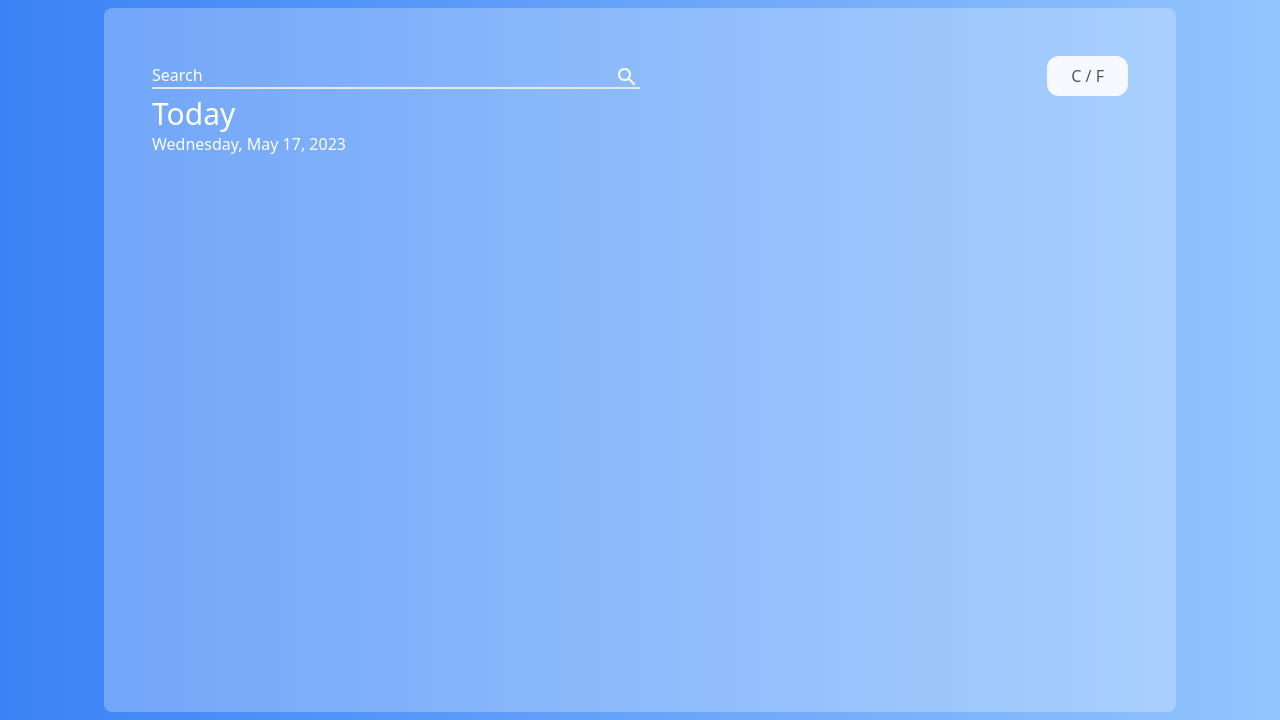
Repository: DevAntonioRogers/react-weatherapp-v2
Page: /
An editor plug-in stored every save of this project. The page is shown before and after the next save, followed by the edit.
The browser window is 1280 px wide. The pictures show the whole page.
The project was rebuilt for these pictures with package versions that can differ from the ones it lists, and the page was loaded fresh each time. The framework's server and built-in components were replaced by stand-ins that run in the browser. Also part of the build but not shown: next.config.js.

Above is the page before, as saved 2023-05-20 00:08:58.

### app/layout.tsx
import "./globals.css";
import { Inter } from "next/font/google";

export const metadata = {
  title: "Create Next App",
  description: "Generated by create next app",
};

export default function RootLayout({ children }: { children: React.ReactNode }) {
  return (
    <html lang="en">
      <body>{children}</body>
    </html>
  );
}

### app/page.tsx
"use client";

import Conversion from "./components/Conversion";
import Current from "./components/Current";
import Input from "./components/Input";

import { useState } from "react";

export default function Home() {
  const [data, setData] = useState({});
  const [location, setLocation] = useState("");
  const [error, setError] = useState("");

  const url = `http://api.weatherapi.com/v1/forecast.json?key=538023bd3c43455084733202231905&q=${location}&days=7&aqi=yes&alerts=yes
  `;

  const handleSearch = async (e) => {
    if (e.key === "Enter") {
      e.preventDefault();
      try {
        const response = await fetch(url);
        if (!response.ok) {
          throw new Error();
        }
        const data = await response.json();
        setData(data);
        setLocation("");
        setError("");
      } catch (error) {
        setError("City not found");
        setData({});
      }
    }
  };

  return (
    <div className="flex justify-center p-2 bg-cover h-screen bg-gradient-to-r from-blue-500 to-blue-300">
      <div className="bg-white/25 mx-24 w-full rounded-lg p-12 flex flex-col">
        {/* SEARCH AND DEGREE CONVERSION */}
        <div className="flex justify-between items-center">
          <Input handleSearch={handleSearch} location={location} setLocation={setLocation} />
          <Conversion />
        </div>

        {/* CURRENT WEATHER SECTION */}
        <div className="flex p">
          <Current data={data} />
        </div>
      </div>
    </div>
  );
}

### app/components/Conversion.tsx
import React from "react";

const Conversion = () => {
  return (
    <div className="">
      <button className="rounded-xl bg-white/90 px-6 py-2 text-gray-600">C / F</button>
    </div>
  );
};

export default Conversion;

### app/components/Current.tsx
import { getCurrentDate } from "../utils/currentDate";
import LocationOnIcon from "@mui/icons-material/LocationOn";

const Current = ({ data }) => {
  const weatherIcon = data.current ? data.current.condition.icon : null;
  const currentDate = getCurrentDate();
  return (
    <div className="flex flex-col items-start gap-2 ">
      <div className="flex items-center">
        <div className="">
          <h1 className="text-3xl text-white">Today</h1>
          <p className="text-white">{currentDate}</p>
        </div>
        {weatherIcon && (
          <div>
            <img className="w-[50px] object-cover" src={weatherIcon} alt="Weather Icon" />
          </div>
        )}
      </div>
      <div>
        {data.current ? (
          <p className="text-5xl text-white">
            {data.current.temp_f.toFixed()}
            <span>°</span>
          </p>
        ) : null}
        {data.current ? <span className="text-white">{data.current.condition.text}</span> : null}
      </div>
      <div>
        {data.location ? (
          <div className="flex items-center text-black bg-white/90 px-2 py-2 rounded-xl">
            <LocationOnIcon />
            <span>
              {data.location.name}, {data.location.region}
            </span>
          </div>
        ) : null}
      </div>
    </div>
  );
};

export default Current;

### app/components/Input.tsx
"use client";

import SearchIcon from "@mui/icons-material/Search";

const Input = ({ handleSearch, setLocation, location }) => {
  return (
    <form className="flex items-center w-2/4">
      <input
        type="text"
        className="w-full bg-transparent border-b-2 placeholder-white outline-none text-white"
        placeholder="Search"
        onKeyDown={handleSearch}
        onChange={(e) => setLocation(e.target.value)}
      />
      <div className="ml-[-25px] text-white cursor-pointer">
        <SearchIcon />
      </div>
    </form>
  );
};

export default Input;

### app/utils/currentDate.tsx
export const getCurrentDate = () => {
  const currentDate = new Date().toLocaleDateString("en-US", {
    weekday: "long",
    year: "numeric",
    month: "long",
    day: "numeric",
  });
  return currentDate;
};

Loaded but not shown: app/globals.css (common file); tailwind.config.js (common file)

After the next save:
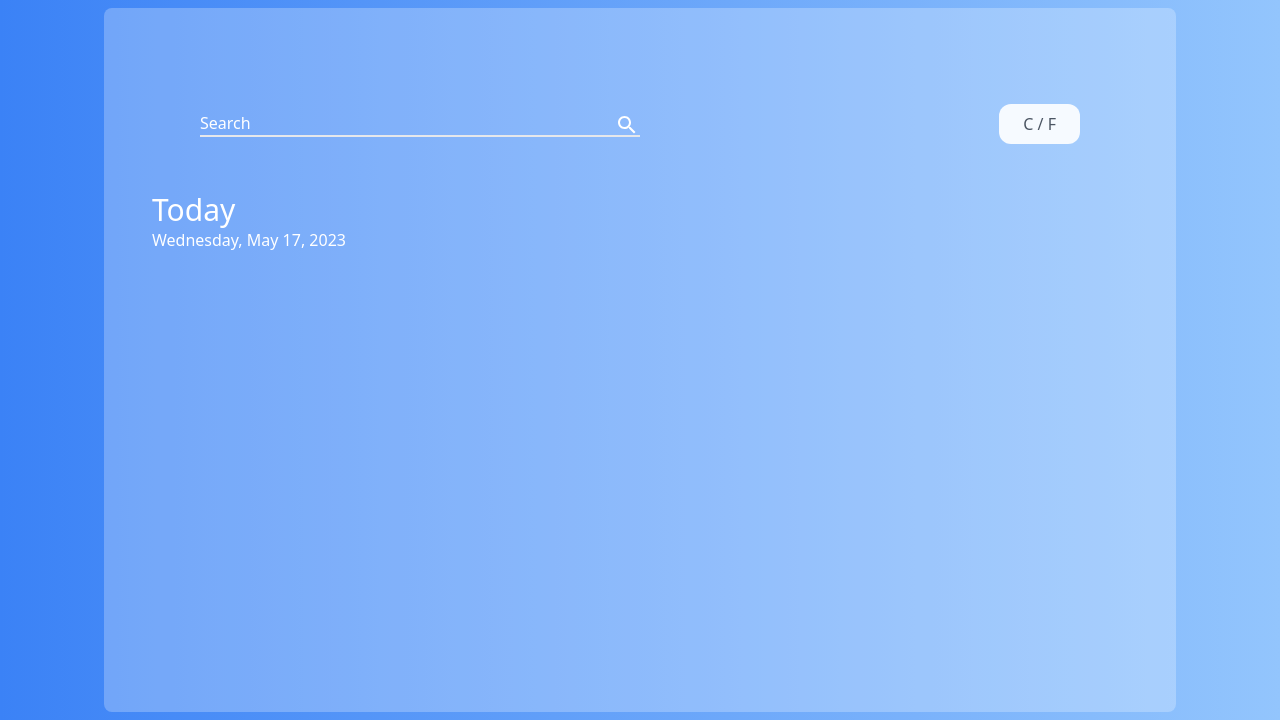
Saved 17 s later.
--- a/app/page.tsx
+++ b/app/page.tsx
@@ -37,7 +37,7 @@ export default function Home() {
     <div className="flex justify-center p-2 bg-cover h-screen bg-gradient-to-r from-blue-500 to-blue-300">
       <div className="bg-white/25 mx-24 w-full rounded-lg p-12 flex flex-col">
         {/* SEARCH AND DEGREE CONVERSION */}
-        <div className="flex justify-between items-center">
+        <div className="flex justify-between items-center p-12">
           <Input handleSearch={handleSearch} location={location} setLocation={setLocation} />
           <Conversion />
         </div>
